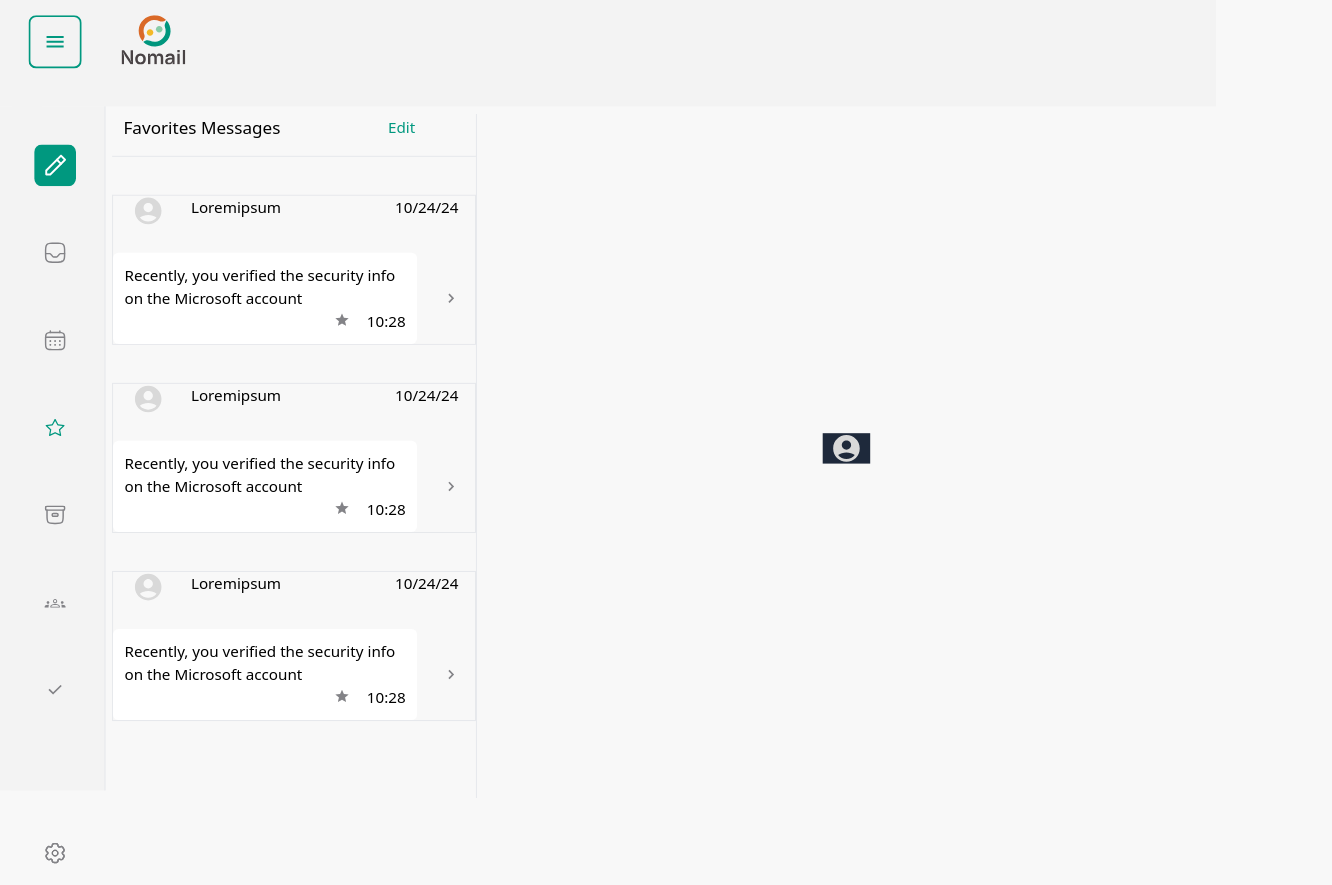
Repository: Tofigkh1/Nomail-Project
Page: /favorites (app in client/)
The author's editor kept a copy of each file at every save. The page is drawn from the files as they stood at one save, then again after a run of saves.
The browser window is 1280 px wide. The page is 1280 px wide, then 1402 px, then 1280 px, so the pictures cover 1402 px, including what lies to the right of the window. The pictures show the whole page, at 95% of full size.
The project was rebuilt for these pictures with package versions that can differ from the ones it lists, and the page was loaded fresh each time. The framework's server and built-in components were replaced by stand-ins that run in the browser. Also part of the build but not shown: client/next.config.mjs, client/components/shared/svg/FavoritesSvg.jsx, client/components/shared/svg/calendarActiveSvg.jsx, client/components/shared/client/CheckBox/index.tsx.

Above is the page before, as saved 2024-11-22 02:52:39.

### client/app/layout.tsx

import type { Metadata } from "next";
import localFont from "next/font/local";
import "./Styles/globals.css";


const geistSans = localFont({
  src: "./fonts/GeistVF.woff",
  variable: "--font-geist-sans",
  weight: "100 900",
});
const geistMono = localFont({
  src: "./fonts/GeistMonoVF.woff",
  variable: "--font-geist-mono",
  weight: "100 900",
});

export const metadata: Metadata = {
  title: "Create Next App",
  description: "Generated by create next app",
};

export default function RootLayout({
  children,
}: Readonly<{
  children: React.ReactNode;
}>) {
  return (
    <html lang="en">
      <body
        className={`${geistSans.variable} ${geistMono.variable} antialiased`}
      >
        {children}

      </body>
    </html>
  );
}

### client/app/Styles/globals.css
@tailwind base;
@tailwind components;
@tailwind utilities;

body{
  background-color: #f8f8f8;
}

.App {
  font-family: sans-serif;
  text-align: center;
}


:root {
  --background: #ffffff;
  --foreground: #171717;
}

@media (prefers-color-scheme: dark) {
  :root {
    --background: #0a0a0a;
    --foreground: #ededed;
  }
}


@layer utilities {
  .text-balance {
    text-wrap: balance;
  }
}

### client/components/shared/client/Header/header.tsx
'use client';
import { useContext } from "react";
import { SidebarContext } from '../SideBarMenu/sideBarMenu'; // Import context
import NomailLogo from "@/components/shared/svg/headerlLogoSvg";
import HamburgerBtnSvg from "../../svg/hamburgerBtnSvg"



export default function Header() {

    const { expanded, setExpanded } = useContext(SidebarContext); // Access context

    return (
        <div className="flex items-center justify-between p-4 bg-headerColor text-white">
            <div className='w-auto h-20 flex gap-14'>

                <div>
                    <button onClick={() => setExpanded(!expanded)}
                            className="pl-3.5  hover:bg-clientButtonGreen w-14 h-11">
                        <HamburgerBtnSvg/>
                    </button>
                </div>

                <div>
                    <NomailLogo/>
                </div>


            </div>
        </div>
    );
}

### client/components/shared/client/SideBarMenu/sideBarMenu.tsx
'use client';
import React, {  useContext, ReactNode } from "react";
// import { ChevronFirst, ChevronLast } from "lucide-react";


export const SidebarContext = React.createContext<{ expanded: boolean; setExpanded: (expanded: boolean) => void; }>({
    expanded: false,
    setExpanded: () => {},
});

// Sidebar component now depends on context for state
export default function Sidebar({ children }: { children: ReactNode }) {
    const { expanded } = useContext(SidebarContext);

    return (
        <aside className="h-screen bg-headerColor">
            <nav
                className={`h-full flex flex-col bg-headerColor border-r border-whiteLight3 transition-all duration-200 ease-in-out ml-3 ${expanded ? "w-[127%] h-[130%] " : "w-[99px]"}`}>

                <ul className=" flex-1 px-3">{children}</ul>
            </nav>
        </aside>
    );
}

// SidebarItem component for individual items inside the sidebar
type SidebarItemProps = {
    icon: ReactNode;   // Icon to display in the sidebar item
    text: string;      // Text to display in the sidebar item
    active: boolean;   // Boolean to determine if the item is active (highlighted)
    onClick: () => void; // Add onClick function to handle clicks
    style?: React.CSSProperties;
};

export function SidebarItem({icon, text, active, onClick,style}: SidebarItemProps) {
    const context = useContext(SidebarContext); // Sidebar context to manage expanded/collapsed state
    const {expanded} = context!;

    return (

        <li
            onClick={onClick} // Attach the click handler here
            style={style}
            className={`group relative flex items-center py-2 px-3 my-1 font-medium rounded-md cursor-pointer transition-colors mt-8
                ${
                  active
                    ? "text-mainRedLight" // Active item style
                    : expanded || active // Eğer expanded true ise hover stilini ekle
                    ? "hover:bg-textColorGreen"
                    : "" // Expanded değilse hover stili olmasın
                }`}
        >

            <span className="text-xl transition-all duration-300 ease-in-out">
        {icon}
      </span>

            {/* Text büyütüldü ve boşluk artırıldı */}
            {expanded && (
                <span className="ml-4 text-xl text-black transition-all duration-300 ease-in-out ">
          {text}
        </span>
            )}


            {!expanded && (
                <span
                    className={` absolute left-full whitespace-nowrap bg-textColorGreen text-white rounded-md py-1 px-2 transition-all duration-300 ease-in-out ml-2 opacity-0 group-hover:opacity-100`}
                >
          {text}
        </span>
            )}
        </li>
    );
}

### client/components/shared/svg/newMail.jsx
'use client'
export default function  newMail(){
    return(
        <>
            <svg width="44" height="44" viewBox="0 0 44 44" fill="none" xmlns="http://www.w3.org/2000/svg">
                <rect width="44" height="44" rx="8" fill="#00987F"/>
                <path fill-rule="evenodd" clip-rule="evenodd"
                      d="M27.5115 11.2439C27.902 10.8534 28.5351 10.8534 28.9257 11.2438L33.1687 15.4863C33.3562 15.6739 33.4616 15.9282 33.4616 16.1935C33.4616 16.4587 33.3562 16.7131 33.1687 16.9006L17.6122 32.4571C17.4247 32.6446 17.1703 32.75 16.9051 32.75H12.6626C12.1103 32.75 11.6626 32.3023 11.6626 31.75V27.5075C11.6626 27.2423 11.768 26.9879 11.9555 26.8004L27.5115 11.2439ZM28.2187 13.3652L13.6626 27.9217V30.75H16.4909L31.0473 16.1935L28.2187 13.3652Z"
                      fill="white"/>
                <path fill-rule="evenodd" clip-rule="evenodd"
                      d="M23.269 15.4864C23.6595 15.0959 24.2927 15.0959 24.6832 15.4864L28.9257 19.7289C29.3162 20.1194 29.3162 20.7526 28.9257 21.1431C28.5352 21.5336 27.902 21.5336 27.5115 21.1431L23.269 16.9006C22.8784 16.5101 22.8784 15.8769 23.269 15.4864Z"
                      fill="white"/>
            </svg>


        </>
    )
}

### client/components/shared/svg/ArchiveSvg.jsx
'use client'
export default function archiveSvg(){
    return(
        <>
            <svg width="44" height="44" viewBox="0 0 44 44" fill="none" xmlns="http://www.w3.org/2000/svg">
                <path
                    d="M19 22C19 21.534 19 21.301 19.076 21.117C19.1777 20.8725 19.3723 20.6783 19.617 20.577C19.801 20.5 20.034 20.5 20.5 20.5H23.5C23.966 20.5 24.199 20.5 24.383 20.576C24.6275 20.6777 24.8217 20.8723 24.923 21.117C25 21.301 25 21.534 25 22C25 22.466 25 22.699 24.924 22.883C24.8223 23.1275 24.6277 23.3217 24.383 23.423C24.199 23.5 23.966 23.5 23.5 23.5H20.5C20.034 23.5 19.801 23.5 19.617 23.424C19.3725 23.3223 19.1783 23.1277 19.077 22.883C19 22.699 19 22.466 19 22Z"
                    stroke="#A4A4A9" stroke-width="1.5"/>
                <path
                    d="M19 22C19 21.534 19 21.301 19.076 21.117C19.1777 20.8725 19.3723 20.6783 19.617 20.577C19.801 20.5 20.034 20.5 20.5 20.5H23.5C23.966 20.5 24.199 20.5 24.383 20.576C24.6275 20.6777 24.8217 20.8723 24.923 21.117C25 21.301 25 21.534 25 22C25 22.466 25 22.699 24.924 22.883C24.8223 23.1275 24.6277 23.3217 24.383 23.423C24.199 23.5 23.966 23.5 23.5 23.5H20.5C20.034 23.5 19.801 23.5 19.617 23.424C19.3725 23.3223 19.1783 23.1277 19.077 22.883C19 22.699 19 22.466 19 22Z"
                    stroke="black" stroke-opacity="0.2" stroke-width="1.5"/>
                <path
                    d="M30.5 17V23C30.5 26.771 30.5 28.657 29.328 29.828C28.157 31 26.271 31 22.5 31H21.5C17.729 31 15.843 31 14.672 29.828C13.5 28.657 13.5 26.771 13.5 23V17"
                    stroke="#A4A4A9" stroke-width="1.5" stroke-linecap="round"/>
                <path
                    d="M30.5 17V23C30.5 26.771 30.5 28.657 29.328 29.828C28.157 31 26.271 31 22.5 31H21.5C17.729 31 15.843 31 14.672 29.828C13.5 28.657 13.5 26.771 13.5 23V17"
                    stroke="black" stroke-opacity="0.2" stroke-width="1.5" stroke-linecap="round"/>
                <path
                    d="M12 15C12 14.057 12 13.586 12.293 13.293C12.586 13 13.057 13 14 13H30C30.943 13 31.414 13 31.707 13.293C32 13.586 32 14.057 32 15C32 15.943 32 16.414 31.707 16.707C31.414 17 30.943 17 30 17H14C13.057 17 12.586 17 12.293 16.707C12 16.414 12 15.943 12 15Z"
                    stroke="#A4A4A9" stroke-width="1.5"/>
                <path
                    d="M12 15C12 14.057 12 13.586 12.293 13.293C12.586 13 13.057 13 14 13H30C30.943 13 31.414 13 31.707 13.293C32 13.586 32 14.057 32 15C32 15.943 32 16.414 31.707 16.707C31.414 17 30.943 17 30 17H14C13.057 17 12.586 17 12.293 16.707C12 16.414 12 15.943 12 15Z"
                    stroke="black" stroke-opacity="0.2" stroke-width="1.5"/>
            </svg>

        </>
    )
}

### client/components/shared/svg/TodoSvg.jsx
'use client'
export default function  todoSvg(){
    return(
        <>
            <svg width="44" height="44" viewBox="0 0 44 44" fill="none" xmlns="http://www.w3.org/2000/svg">
                <path d="M19.8957 27L15 22.2599L16.2239 21.0748L19.8957 24.6299L27.7761 17L29 18.185L19.8957 27Z"
                      fill="#A4A4A9"/>
                <path d="M19.8957 27L15 22.2599L16.2239 21.0748L19.8957 24.6299L27.7761 17L29 18.185L19.8957 27Z"
                      fill="black" fill-opacity="0.2"/>
            </svg>

        </>
    )
}

### client/components/shared/svg/FavoritesActiveSvg.jsx
'use client'
export default function  favoritesActiveSvg(){
    return(
        <>
        <svg width="44" height="44" viewBox="0 0 44 44" fill="none" xmlns="http://www.w3.org/2000/svg">
<path d="M15.5808 30.2201C15.4833 30.7528 16.0307 31.1692 16.5132 30.9316L22.0006 28.2246L27.4868 30.9316C27.9693 31.1692 28.5168 30.7528 28.4193 30.2213L27.3818 24.5457L31.7842 20.5188C32.1967 20.142 31.9842 19.4533 31.4317 19.3789L25.3093 18.5438L22.5794 13.3517C22.5274 13.2465 22.4453 13.1576 22.3428 13.0953C22.2402 13.0331 22.1214 13 22 13C21.8787 13 21.7598 13.0331 21.6573 13.0953C21.5547 13.1576 21.4727 13.2465 21.4206 13.3517L18.6907 18.545L12.5683 19.3801C12.0171 19.4545 11.8033 20.1432 12.2146 20.52L16.6182 24.5469L15.5808 30.2225V30.2201ZM21.7119 26.8999L17.1045 29.1725L17.972 24.4245C17.9928 24.3152 17.9852 24.2026 17.9496 24.0969C17.914 23.9911 17.8517 23.8955 17.7682 23.8185L14.1358 20.4948L19.2007 19.8037C19.3054 19.788 19.4046 19.7484 19.4901 19.6883C19.5756 19.6281 19.6448 19.5492 19.6919 19.4581L21.9981 15.0688L24.3068 19.4581C24.354 19.5492 24.4232 19.6281 24.5086 19.6883C24.5941 19.7484 24.6934 19.788 24.7981 19.8037L29.863 20.4936L26.2306 23.8173C26.1469 23.8944 26.0844 23.9903 26.0488 24.0962C26.0133 24.2022 26.0057 24.315 26.0268 24.4245L26.8943 29.1725L22.2869 26.8999C22.1979 26.8555 22.0991 26.8324 21.9988 26.8324C21.8985 26.8324 21.8009 26.8555 21.7119 26.8999Z" fill="#00987F"/>
</svg>



        </>
    )
}

### client/components/shared/client/messagesView/index.tsx
"use client";

import ProfileSvg from "../../svg/ProfileSvg";


export default function MessagesView() {



    return(

        <div>

        <header>
            <div className=" w-[100%] bg-slate-800">
                <ProfileSvg/>
            </div>
        </header>


        </div>

    )

}

### client/components/shared/svg/hamburgerBtnSvg.jsx
'use client'
export default function  HamburgerBtnSvg(){
    return(
        <>
            <svg width="56" height="56" viewBox="0 0 56 56" fill="none" xmlns="http://www.w3.org/2000/svg">
                <rect x="1" y="1" width="54" height="54" rx="7" stroke="#00987F" stroke-width="2"/>
                <path d="M19 22H37V24H19V22ZM19 27H37V29H19V27ZM19 32H37V34H19V32Z" fill="#00987F"/>
            </svg>


        </>
    )
}

### client/components/shared/svg/ProfileSvg.jsx
'use client'
export default function  ProfileSvg(){
    return(
        <>


            <svg width="50" height="32" viewBox="0 0 32 32" fill="none" xmlns="http://www.w3.org/2000/svg">
<g clip-path="url(#clip0_1904_19120)">
<path fill-rule="evenodd" clip-rule="evenodd" d="M16 2C8.2678 2 2 8.2678 2 16C2 23.7322 8.2678 30 16 30C23.7322 30 30 23.7322 30 16C30 8.2678 23.7322 2 16 2ZM11.1 12.5C11.1 11.8565 11.2267 11.2193 11.473 10.6249C11.7192 10.0304 12.0802 9.49018 12.5352 9.03518C12.9902 8.58017 13.5304 8.21924 14.1249 7.97299C14.7193 7.72674 15.3565 7.6 16 7.6C16.6435 7.6 17.2807 7.72674 17.8751 7.97299C18.4696 8.21924 19.0098 8.58017 19.4648 9.03518C19.9198 9.49018 20.2808 10.0304 20.527 10.6249C20.7733 11.2193 20.9 11.8565 20.9 12.5C20.9 13.7996 20.3838 15.0459 19.4648 15.9648C18.5459 16.8838 17.2996 17.4 16 17.4C14.7004 17.4 13.4541 16.8838 12.5352 15.9648C11.6162 15.0459 11.1 13.7996 11.1 12.5ZM24.7612 22.9776C23.7129 24.2955 22.3805 25.3597 20.8635 26.0908C19.3465 26.8219 17.684 27.2011 16 27.2C14.316 27.2011 12.6535 26.8219 11.1365 26.0908C9.61949 25.3597 8.28713 24.2955 7.2388 22.9776C9.5082 21.3494 12.605 20.2 16 20.2C19.395 20.2 22.4918 21.3494 24.7612 22.9776Z" fill="#D9D9D9"/>
</g>
<defs>
<clipPath id="clip0_1904_19120">
<rect width="32" height="32" fill="white"/>
</clipPath>
</defs>
</svg>


        </>
    )
}

### client/components/shared/svg/MessageArrovSvg.jsx
'use client'
export default function  MessageArrovSvg(){
    return(
        <>




            <svg width="32" height="32" viewBox="0 0 32 32" fill="none" xmlns="http://www.w3.org/2000/svg">
<path fill-rule="evenodd" clip-rule="evenodd" d="M14.2 11L19 16L14.2 21L13 19.75L16.6 16L13 12.25L14.2 11Z" fill="#A4A4A9"/>
<path fill-rule="evenodd" clip-rule="evenodd" d="M14.2 11L19 16L14.2 21L13 19.75L16.6 16L13 12.25L14.2 11Z" fill="black" fill-opacity="0.2"/>
</svg>

        </>
    )
}

### client/components/shared/svg/starSvg.jsx
'use client'
export default function  starSvg(){
    return(
        <>




<svg width="20" height="20" viewBox="0 0 20 20" fill="none" xmlns="http://www.w3.org/2000/svg">
<path d="M5.6775 17L6.815 12.1934L3 8.96053L8.04 8.53289L10 4L11.96 8.53289L17 8.96053L13.185 12.1934L14.3225 17L10 14.4513L5.6775 17Z" fill="#A4A4A9"/>
<path d="M5.6775 17L6.815 12.1934L3 8.96053L8.04 8.53289L10 4L11.96 8.53289L17 8.96053L13.185 12.1934L14.3225 17L10 14.4513L5.6775 17Z" fill="black" fill-opacity="0.2"/>
</svg>

        </>
    )
}

### client/tailwind.config.ts
import type { Config } from "tailwindcss";

const config: Config = {
  content: [
    "./pages/**/*.{js,ts,jsx,tsx,mdx}",
    "./components/**/*.{js,ts,jsx,tsx,mdx}",
    "./app/**/*.{js,ts,jsx,tsx,mdx}",
  ],
  theme: {
    extend: {
      colors: {
        background: "var(--background)",
        foreground: "var(--foreground)",
        headerColor: "#F3F3F3",
        textColorGreen: "#00987F",
        textGray: "#A4A4A9",
        sideBarColor: "#E5E5E5",
        textColGreen: "#00987F",
        bordersColor: "#D1D1D6"
      },
    },
  },
  plugins: [],
};
export default config;

Loaded but not shown: client/components/shared/svg/settingSvg.jsx (25 lines, source omitted); client/components/shared/svg/calendarSvg.jsx (31 lines, source omitted); client/components/shared/svg/InboxSvg.jsx (17 lines, source omitted); client/components/shared/svg/groupSvg.jsx (17 lines, source omitted); client/app/favorites/page.tsx (120 lines, source omitted); client/components/shared/svg/headerlLogoSvg.jsx (38 lines, source omitted); client/components/shared/client/FavoritesMessage/index.tsx (145 lines, source omitted)

After the next 5 saves:
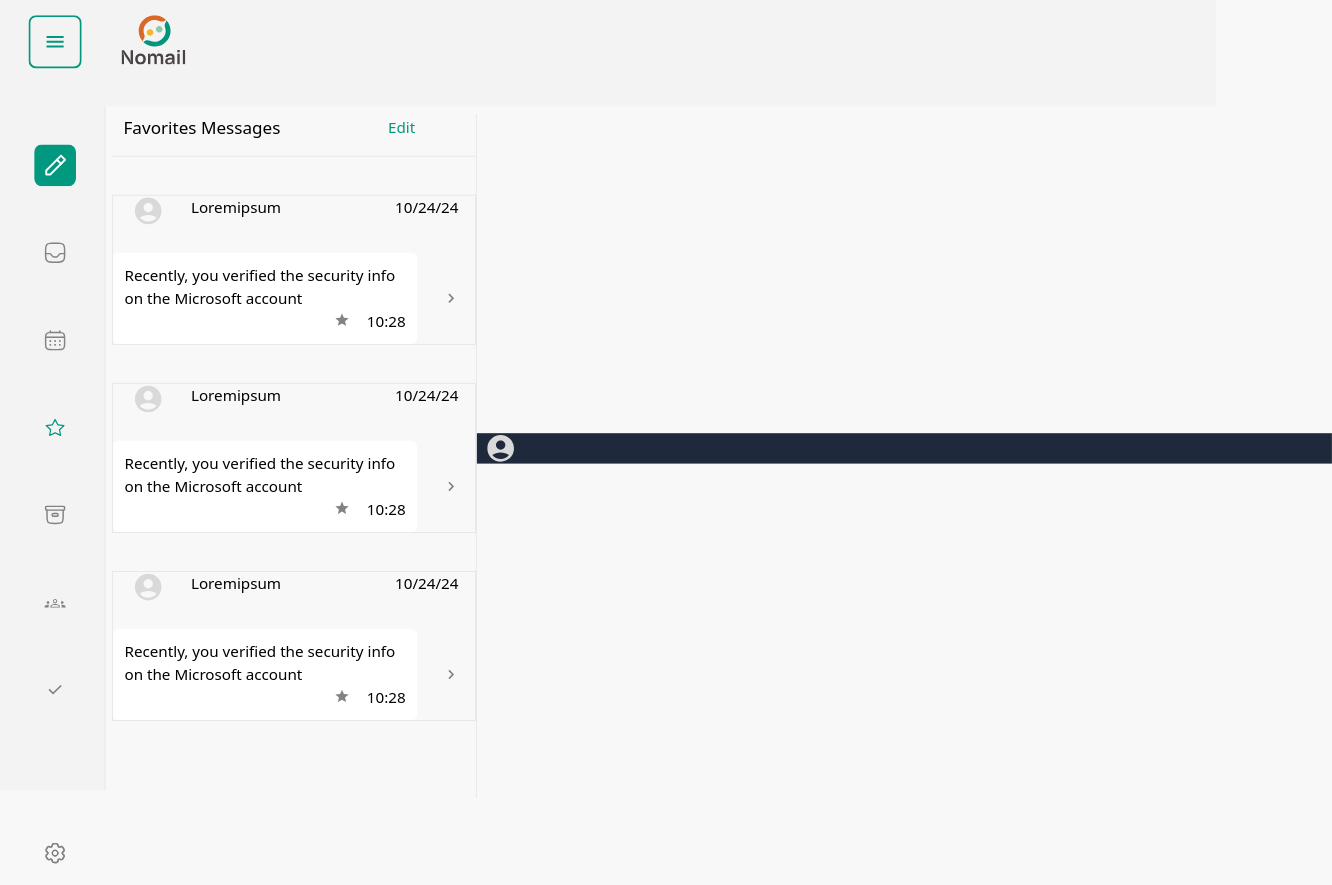
The 5 saves are shown as one change because they came seconds apart.
The last was saved 15 s later.
--- a/client/components/shared/client/messagesView/index.tsx
+++ b/client/components/shared/client/messagesView/index.tsx
@@ -12,7 +12,7 @@
         <div>
 
         <header>
-            <div className=" w-[100%] bg-slate-800">
+            <div className=" w-[900px] bg-slate-800">
                 <ProfileSvg/>
             </div>
         </header>

After the 2 saves that followed:
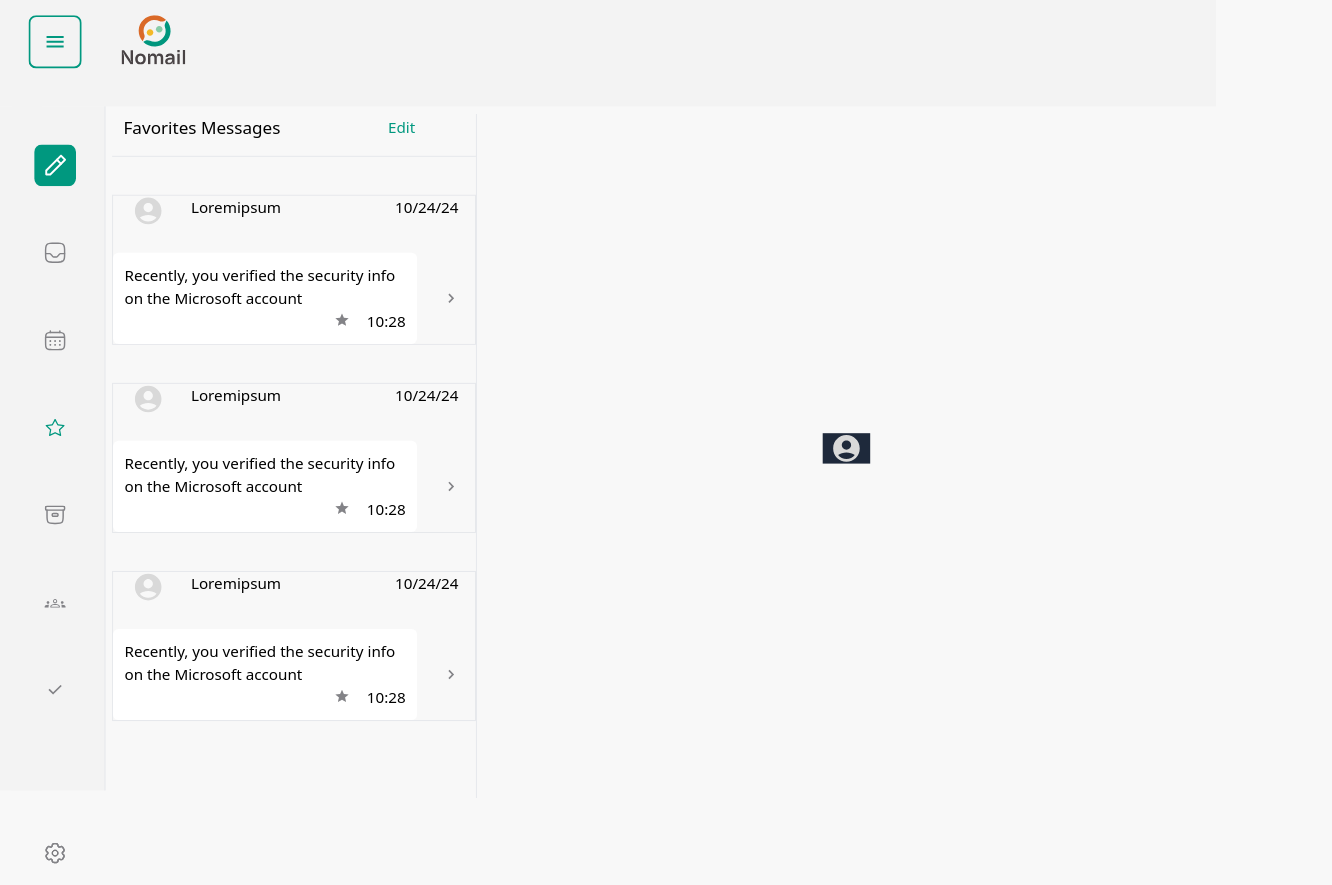
The 2 saves are shown as one change because they came seconds apart.
The last was saved 8 s later.
--- a/client/components/shared/client/messagesView/index.tsx
+++ b/client/components/shared/client/messagesView/index.tsx
@@ -12,7 +12,7 @@
         <div>
 
         <header>
-            <div className=" w-[900px] bg-slate-800">
+            <div className=" w-[100%px] bg-slate-800">
                 <ProfileSvg/>
             </div>
         </header>
